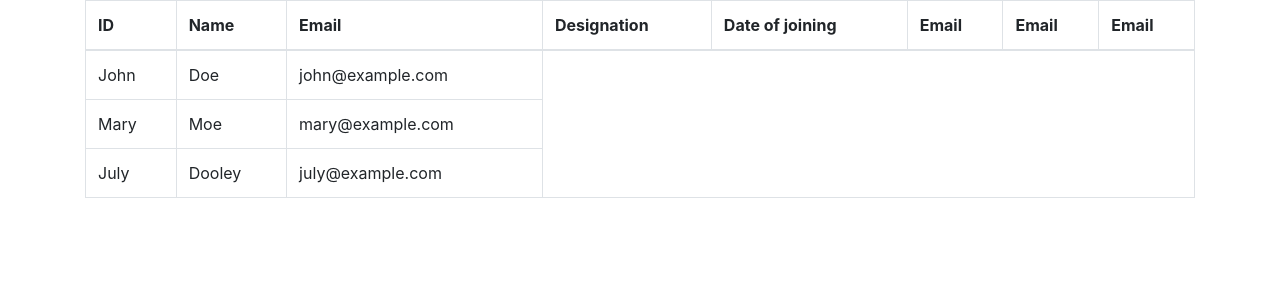
Repository: ArmanAli-cmd/EmployeeProjectDepartmentApplication
Page: http://localhost/EmployeeProjectDepartmentMVCApplication/views/employees.jsp
An editor plug-in stored every save of this project. The page is shown before and after the next save, followed by the edit.
The browser window is 1280 px wide. The pictures show the whole page.
The page is served by Tomcat 9.

Above is the page before, as saved 2024-01-17 16:58:34.

After the next save:
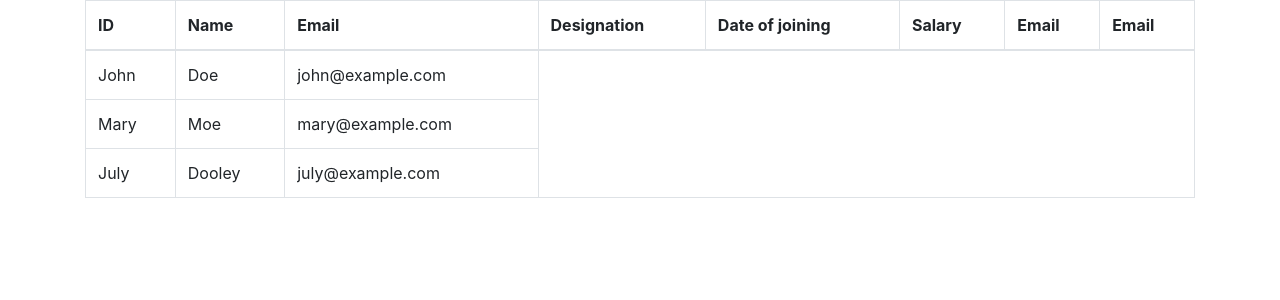
Saved 12 s later.
--- a/EmployeeProjectDepartmentMVCApplication/src/main/webapp/views/employees.jsp
+++ b/EmployeeProjectDepartmentMVCApplication/src/main/webapp/views/employees.jsp
@@ -27,7 +27,7 @@
 					<th>Email</th>
 					<th>Designation</th>
 					<th>Date of joining</th>
-					<th>Email</th>
+					<th>Salary</th>
 					<th>Email</th>
 					<th>Email</th>
 				</tr>
